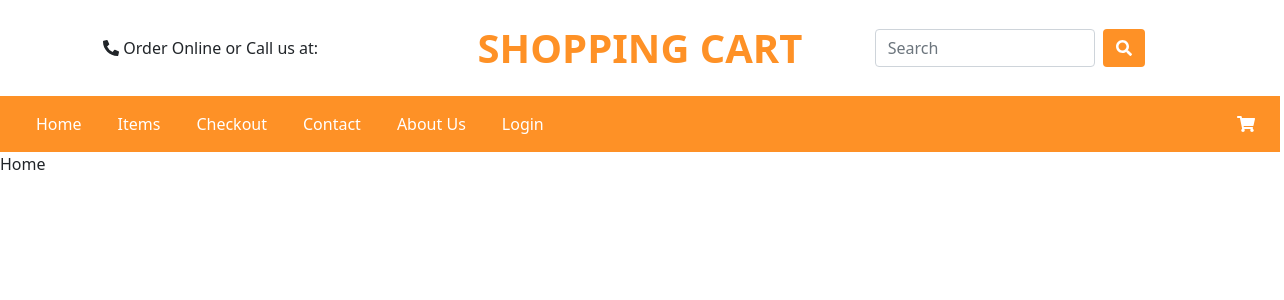
Repository: SaudCh/React-Ecommerce
Page: /
The author's editor kept a copy of each file at every save. The page is drawn from the files as they stood at one save, then again after the next save.
The browser window is 1280 px wide. The page is 1284 px wide, so the pictures cover 1284 px, including what lies to the right of the window. The pictures show the whole page.
The project was rebuilt for these pictures with package versions that can differ from the ones it lists, and the page was loaded fresh each time. Also part of the build but not shown: src/App.css.

Above is the page before, as saved 2021-12-05 12:47:07.

After the next save:
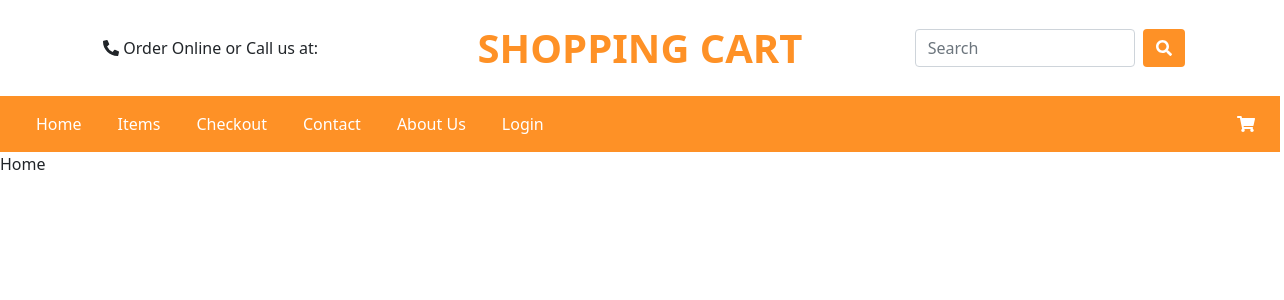
Saved 6 s later.
--- a/src/Header/Header.jsx
+++ b/src/Header/Header.jsx
@@ -24,7 +24,7 @@ export default function Header() {
             </p>
           </div>
           <div className="col-12 col-md-4 text-center">
-            <form class="d-flex col-12 col-lg-8 mx-2">
+            <form class="d-flex col-12 col-lg-8 mx-5">
               <input
                 class="form-control me-2"
                 type="search"
